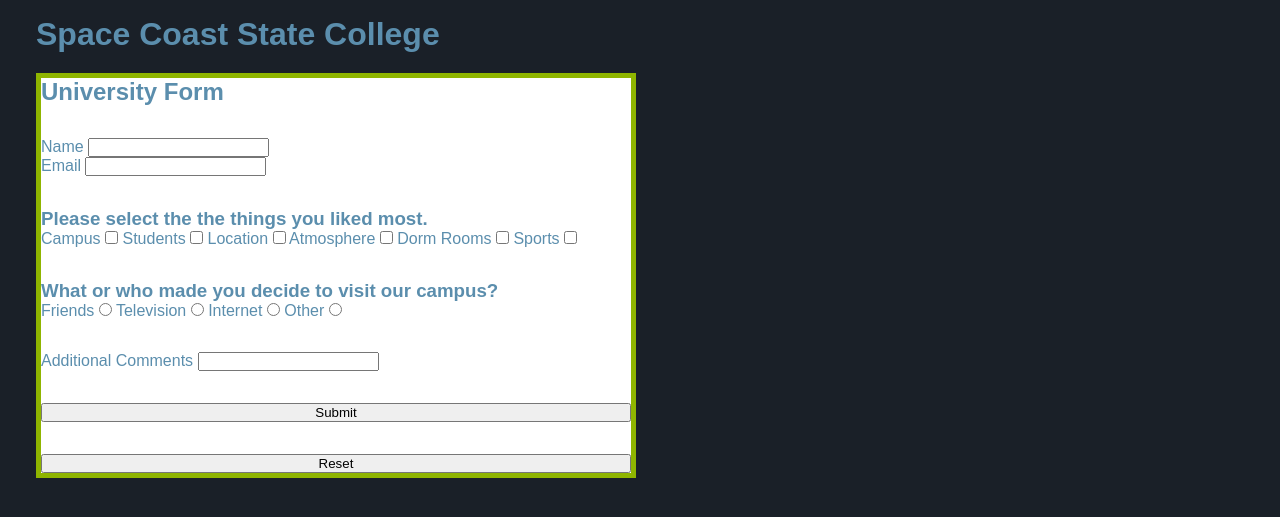
Repository: mlmEFSC21/P2-University-Form
Page: index.html
The author's editor kept a copy of each file at every save. The page is drawn from the files as they stood at one save, then again after the next save.
The browser window is 1280 px wide. The pictures show the whole page.
Some web fonts or font styles are not loaded; a fallback is used.

Above is the page before, as saved 2022-01-29 18:16:06.

### index.html
<!DOCTYPE html>
<html lang="en">
    <head>
        <meta charset="UTF-8" />
        <meta http-equiv="X-UA-Compatible" content="IE=edge" />
        <meta name="viewport" content="width=device-width, initial-scale=1.0" />
        <title>University Form</title>
        <link rel="stylesheet" href="uniFormStyles.css" />
    </head>
    <body>
        <header>
            <h1>Space Coast State College</h1>
        </header>
        <main>
          <section class="main">
            <h2>University Form</h2>
            <article class="info">
            <!-- REMEMBER TO CHANGE THIS TO A POST TO DEITEL!!!!!!!!!!-->
            <form action="results.html" method="GET">
                <div>
                    <label for="name">Name</label>
                    <input type="text" id="name" name="name" required />
                </div>
                <div>
                    <label for="email">Email</label>
                    <input type="email" id="email" name="email" required />
                </div>
                </article>
                <article class="favFeatures">
                    <h3>Please select the the things you liked most.</h3>
                    <label for="campus">Campus</label>
                    <input type="checkbox" id="campus" name="campus" />
                    <label for="students">Students</label>
                    <input type="checkbox" id="students" name="students" />
                    <label for="location">Location</label>
                    <input type="checkbox" id="location" name="location" />
                    <label for="atmosphere">Atmosphere</label>
                    <input type="checkbox" id="atmosphere" name="atmosphere" />
                    <label for="dorms">Dorm Rooms</label>
                    <input type="checkbox" id="dorms" name="dorms" />
                    <label for="sports">Sports</label>
                    <input type="checkbox" id="sports" name="sports" />
                </article>
                <article class="">
                    <h3>What or who made you decide to visit our campus?</h3>
                    <label for="friends">Friends</label>
                    <input type="radio" id="friends" name="referred" required />
                    <label for="television">Television</label>
                    <input type="radio" id="television" name="referred" />
                    <label for="internet">Internet</label>
                    <input type="radio" id="internet" name="referred" />
                    <label for="other">Other</label>
                    <input type="radio" id="other" name="referred" />
                </article>
                <div>
                    <label for="comments">Additional Comments</label>
                    <input type="text" id="comments" name="comments" />
                </div>
                <button type="submit" class="submit">Submit</button>
                <button type="reset" class="reset">Reset</button>
            </form>
            </section>
        </main>
    </body>
</html>

### uniFormStyles.css
@import url("https://fonts.googleapis.com/css2?family=Spectral:wght@300&display=swap");

:root {
    --clr-prime: #003c5e;
    --clr-second: #1a2028;
    --clr-accent: #8fb500;
    --clr-font-prime: #5b8ead;
    --clr-font-second: black;
}

* {
    margin: 0;
    padding: 0;
    box-sizing: border-box;
}
body {
    margin: 0 1.25em;
    padding: 1em;
    background-color: var(--clr-second);
    font-family: "Spectral", sans-serif;
    color: var(--clr-font-prime);
}
header {
    color: var(--clr-font-prime);
    margin-bottom: 1.25em;
}
.main {
    display: flex;
    flex-direction: column;
    flex-basis: ;
    width: 600px;
    border: 5px solid var(--clr-accent);
    background-color: white;
    gap: 2rem;
    justify-content: center;
}
form {
}

After the next save:
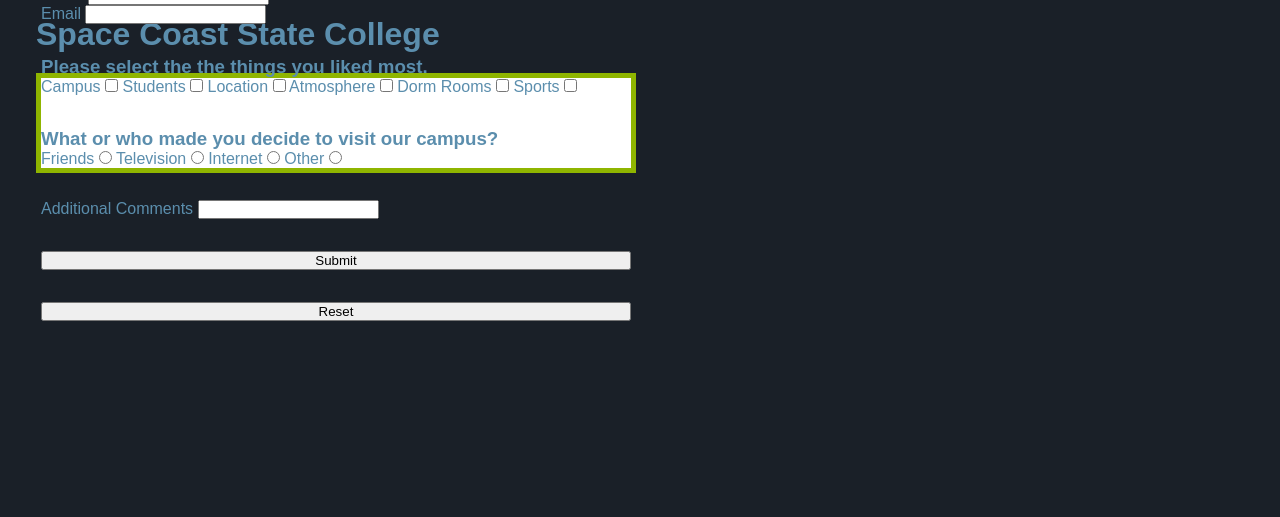
Saved 74 s later.
--- a/uniFormStyles.css
+++ b/uniFormStyles.css
@@ -27,7 +27,7 @@
 .main {
     display: flex;
     flex-direction: column;
-    flex-basis: ;
+    height: 100px;
     width: 600px;
     border: 5px solid var(--clr-accent);
     background-color: white;

After the save that followed:
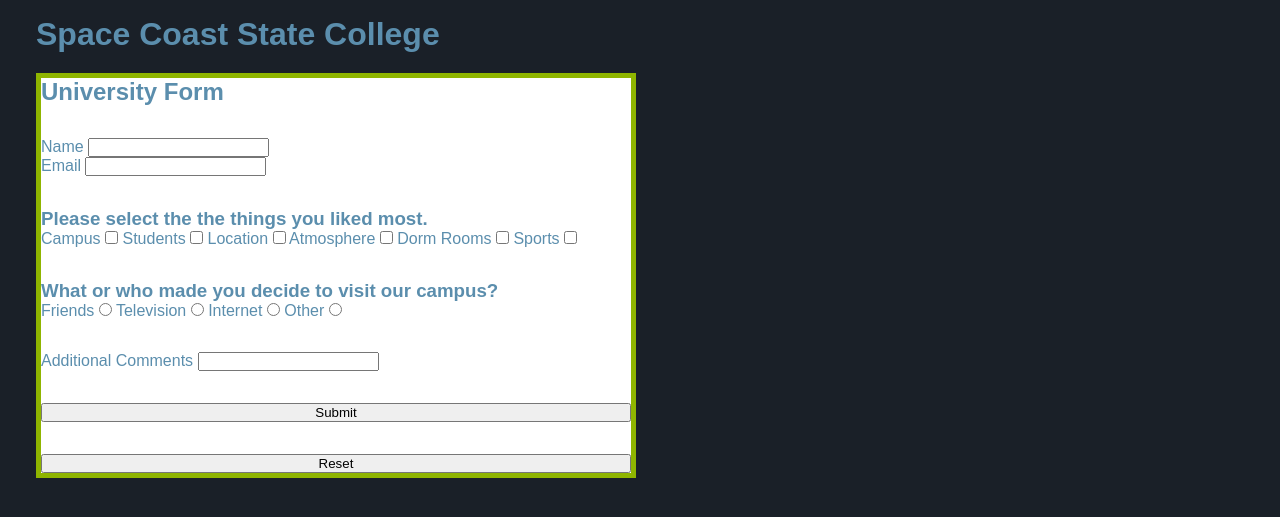
Saved 5 s later.
--- a/uniFormStyles.css
+++ b/uniFormStyles.css
@@ -27,7 +27,7 @@
 .main {
     display: flex;
     flex-direction: column;
-    height: 100px;
+    height: ;
     width: 600px;
     border: 5px solid var(--clr-accent);
     background-color: white;
